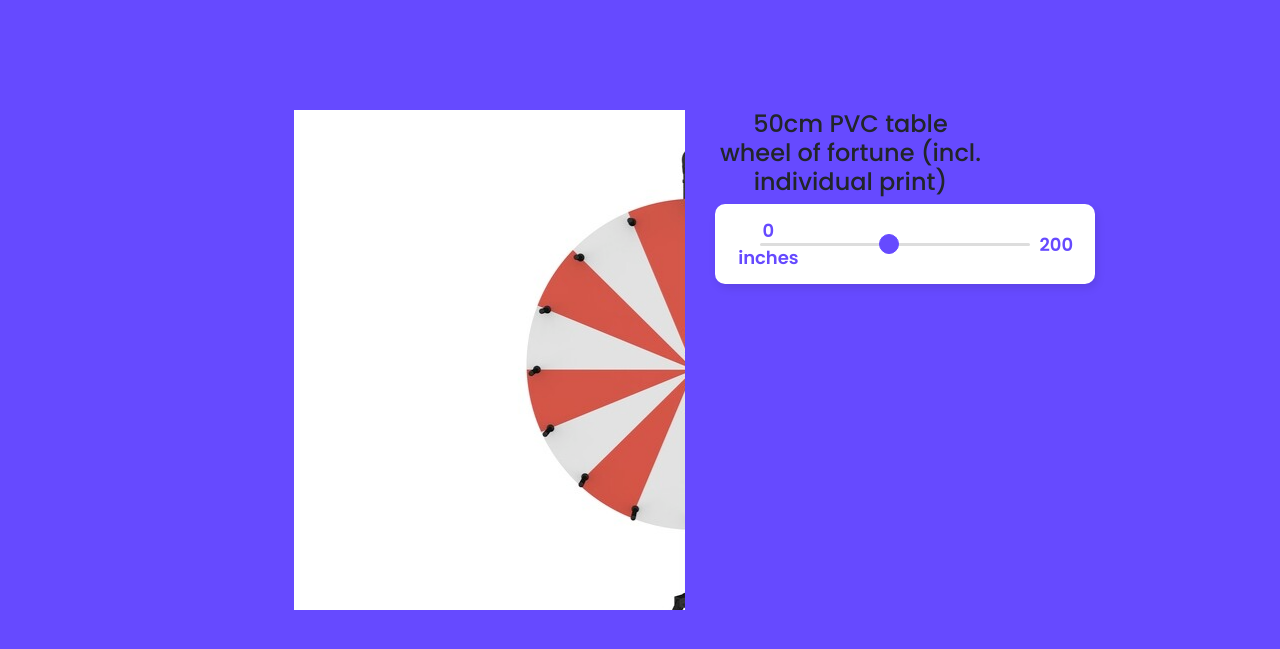
Repository: Awaisp-irfan/fahad-project
Page: text.html
These files come from the project's save history. The page is drawn as it stood at one moment and after the next save; the edit follows.
The browser window is 1280 px wide. The pictures show the whole page.

Above is the page before, as saved 2022-06-30 11:29:52.

After the next save:
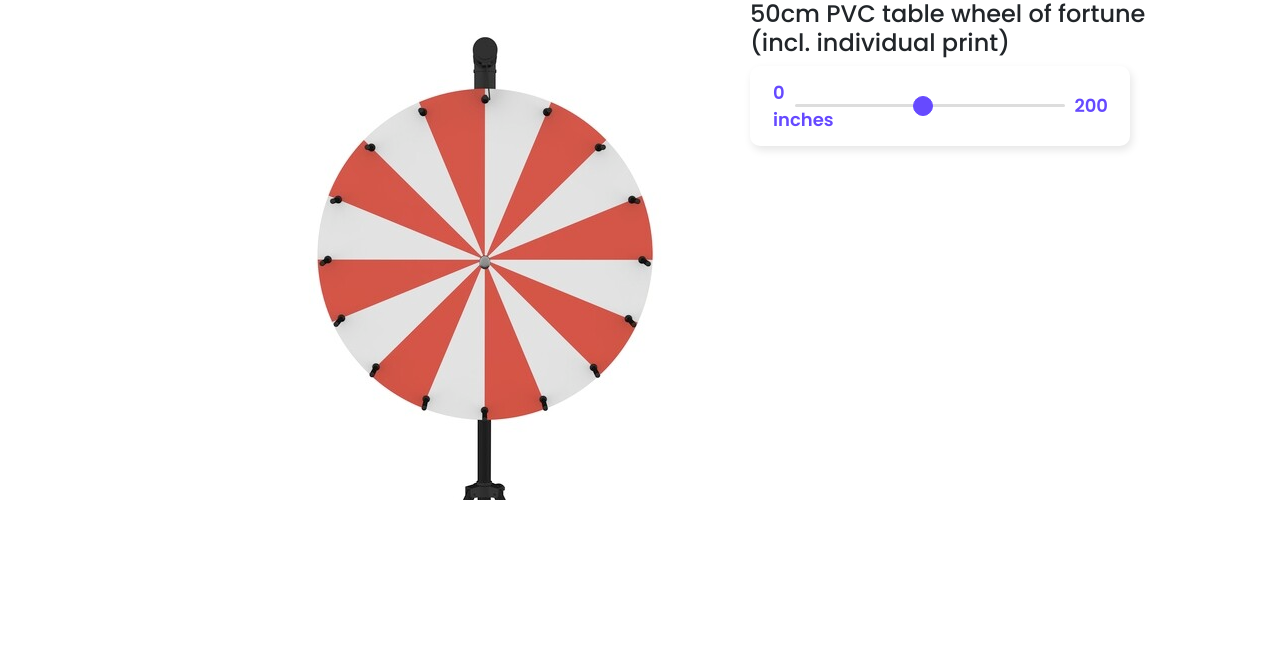
Saved 18 s later.
--- a/style.css
+++ b/style.css
@@ -7,12 +7,7 @@
   font-family: 'Poppins', sans-serif;
 }
 html,body{
-  display: grid;
-  height: 100%;
-  text-align: center;
-  place-items: center;
-  background: #664AFF;
-}
+
 .range{
   height: 80px;
   width: 380px;
